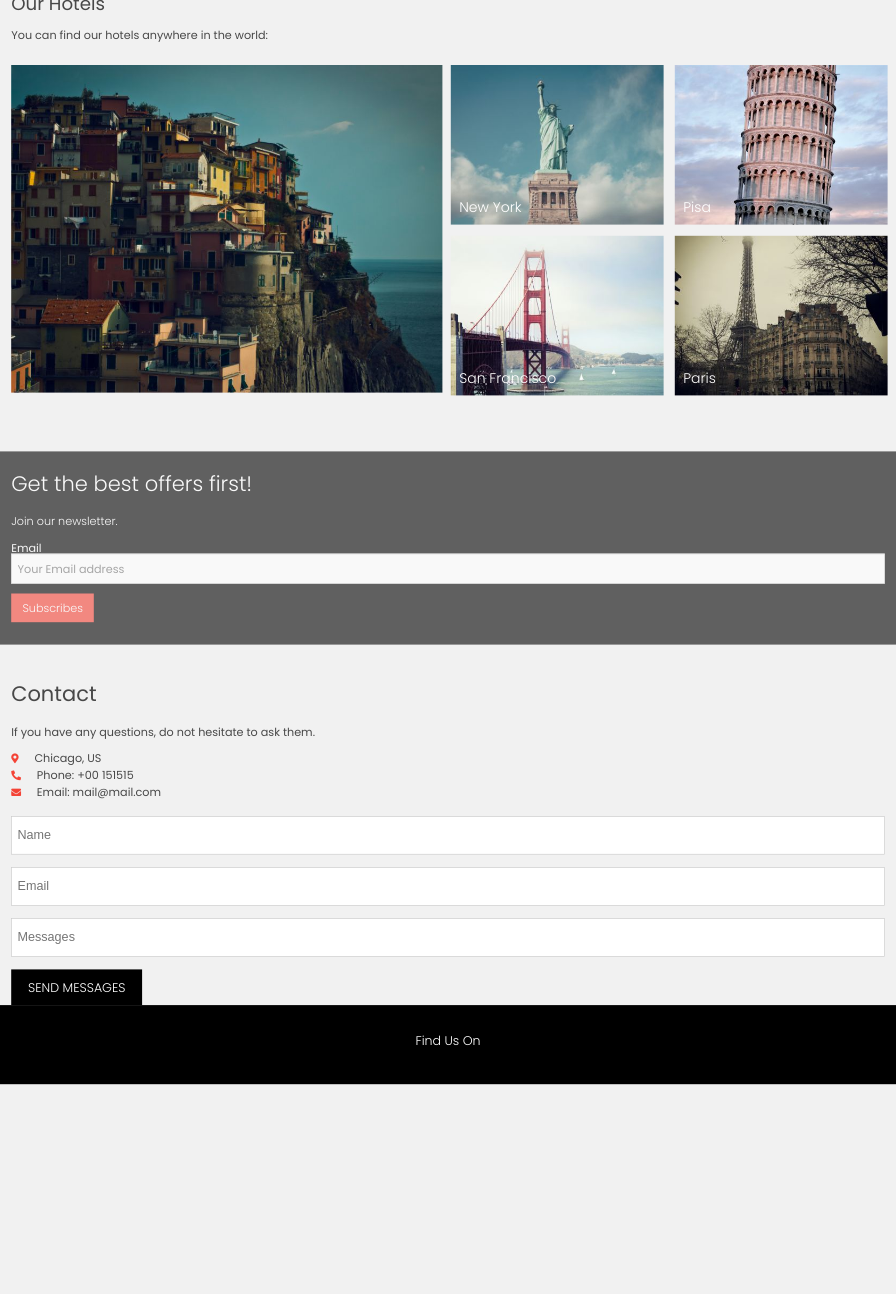
Repository: phamhuuloc/Travel_Template
Page: index.html
An editor plug-in stored every save of this project. The page is shown before and after a run of saves, followed by the edit.
The browser window is 1280 px wide. The pictures show the part of the page from y = 2267 to 4187 px (the page is 4116 px tall before and 4187 px after), at 70% of full size.
The style sheet was rebuilt from its Sass, Less or Tailwind sources for each picture, by a compiler version that may differ from the author's.

Above is the page before, as saved 2021-09-18 20:29:43.

### index.html
<!DOCTYPE html>
<html lang="en">
  <head>
    <meta charset="UTF-8" />
    <meta http-equiv="X-UA-Compatible" content="IE=edge" />
    <meta name="viewport" content="width=device-width, initial-scale=1.0" />
    <title>Document</title>
    <!-- FONT AWESOME -->
    <link
      rel="stylesheet"
      href="https://cdnjs.cloudflare.com/ajax/libs/font-awesome/5.15.4/css/all.min.css"
      integrity="sha512-1ycn6IcaQQ40/MKBW2W4Rhis/DbILU74C1vSrLJxCq57o941Ym01SwNsOMqvEBFlcgUa6xLiPY/NS5R+E6ztJQ=="
      crossorigin="anonymous"
      referrerpolicy="no-referrer"
    />
    <!-- GOOGLE FONT -->
    <link
      href="https://fonts.googleapis.com/css2?family=Poppins:wght@50;300;400&display=swap"
      rel="stylesheet"
    />
    <!-- CSS -->
    <link rel="stylesheet" href="./assets/resets.css" />
    <link rel="stylesheet" href="./assets/grid.css" />
    <link rel="stylesheet" href="./assets/main.css" />
  </head>
  <body>
    <div class="grids">
      <header class="header">
        <div class="logo">
          <i class="fas fa-bed logo__icon"></i>
          Logo
        </div>
        <div class="header__menu">
          <ul class="header__menu-list">
            <li class="header__menu-item">Rooms</li>
            <li class="header__menu-item">About</li>
            <li class="header__menu-item">Contact</li>
          </ul>
          <button class="btn book-btn">Book Nows</button>
        </div>
      </header>
      <section class="intro">
        <img src="./assets/img/hotel.jpg" alt="" class="intro__img" />
        <form class="form-login">
          <div class="form-login__heading">
            <i class="fas fa-bed logo__icon intro-icon"></i>
            <h2 class="form-login__name">Hotel name</h2>
          </div>
          <div class="form-container">
            <div class="row">
              <div class="form__item col l-6">
                <label class="form__item-category">
                  <i class="far fa-calendar form__item-icon"></i>
                  Check Ins
                </label>
                <input
                  type="text"
                  class="form__item-input"
                  placeholder="DD MM YY"
                />
              </div>
              <div class="form__item col l-6">
                <label class="form__item-category">
                  <i class="far fa-calendar form__item-icon"></i>
                  Check Out
                </label>
                <input
                  type="text"
                  class="form__item-input"
                  placeholder="DD MM YY"
                />
              </div>
            </div>
            <div class="row">
              <div class="form__item col l-6">
                <label class="form__item-category">
                  <i class="fas fa-male form__item-icon"></i>
                  Adults
                </label>
                <input
                  type="number"
                  value="1"
                  min="1"
                  max="6"
                  class="form__item-input"
                />
              </div>
              <div class="form__item col l-6">
                <label class="form__item-category">
                  <i class="fas fa-child form__item-icon"></i>
                  Kids
                </label>
                <input
                  type="number"
                  value="0"
                  min="0"
                  max="6"
                  class="form__item-input"
                />
              </div>
            </div>
            <button class="search-btn">
              <i class="fas fa-search search-icon"></i>Search availability
            </button>
          </div>
        </form>
      </section>

      <section class="option-room">
        <div class="option-container">
          <h3 class="option-container__title">Rooms</h3>
          <span class="option-container__desc"
            >Make yourself at home is our slogan. We offer the best beds in the
            industry. Sleep well and rest well.</span
          >
          <!-- FORM LOGIN  -->
          <div class="form-container option-container__form">
            <div class="row">
              <div class="form__item col l-3">
                <label class="form__item-category">
                  <i class="far fa-calendar form__item-icon"></i>
                  Check Ins
                </label>
                <input
                  type="text"
                  class="form__item-input"
                  placeholder="DD MM YY"
                />
              </div>
              <div class="form__item col l-3">
                <label class="form__item-category">
                  <i class="far fa-calendar form__item-icon"></i>
                  Check Out
                </label>
                <input
                  type="text"
                  class="form__item-input"
                  placeholder="DD MM YY"
                />
              </div>
              <div class="form__item col l-2">
                <label class="form__item-category">
                  <i class="fas fa-male form__item-icon"></i>
                  Adults
                </label>
                <input
                  type="number"
                  value="1"
                  min="1"
                  max="6"
                  class="form__item-input"
                />
              </div>
              <div class="form__item col l-2">
                <label class="form__item-category">
                  <i class="fas fa-child form__item-icon"></i>
                  Kids
                </label>
                <input
                  type="number"
                  value="0"
                  min="0"
                  max="6"
                  class="form__item-input"
                />
              </div>
              <!-- BUTTON F0RM LOGIN -->
              <div class="form__item col l-2">
                <label class="form__item-category">
                  <i class="fas fa-search"></i> Search</label
                >
                <button class="search-btn search-btn--full">Search</button>
              </div>
            </div>
          </div>
          <div class="category-room">
            <ul class="category-room__list row">
              <li class="category-room__item col l-4">
                <img
                  src="./assets/img/room_single.jpg"
                  alt=""
                  class="category-room__img"
                />
                <div class="category-room__details">
                  <h3 class="category-room__title">Single Room</h3>
                  <span class="category-room__price">From $99</span>
                  <span class="category-room__charac">Single bed</span>
                  <span class="category-room__area">15m<sup>2</sup></span>
                  <span class="category-room__function">
                    <i class="fas fa-phone-alt"></i>
                    <i class="fas fa-wifi"></i>
                    <i class="fas fa-tv"></i>
                    <i class="fas fa-bath"></i>
                  </span>
                  <button class="btn btn-choose">Choose Room</button>
                </div>
              </li>
              <li class="category-room__item col l-4">
                <img
                  src="./assets/img/room_double.jpg"
                  alt=""
                  class="category-room__img"
                />
                <div class="category-room__details">
                  <h3 class="category-room__title">Double Room</h3>
                  <span class="category-room__price">From $99</span>
                  <span class="category-room__charac">Single bed</span>
                  <span class="category-room__area">25m<sup>2</sup></span>
                  <span class="category-room__function">
                    <i class="fas fa-phone-alt"></i>
                    <i class="fas fa-wifi"></i>
                    <i class="fas fa-tv"></i>
                    <i class="fas fa-bath"></i>
                  </span>
                  <button class="btn btn-choose">Choose Room</button>
                </div>
              </li>
              <li class="category-room__item col l-4">
                <img
                  src="./assets/img/room_deluxe.jpg"
                  alt=""
                  class="category-room__img"
                />
                <div class="category-room__details">
                  <h3 class="category-room__title">Deluxe Room</h3>
                  <span class="category-room__price">From $99</span>
                  <span class="category-room__charac">Single bed</span>
                  <span class="category-room__area">40m<sup>2</sup></span>
                  <span class="category-room__function">
                    <i class="fas fa-phone-alt"></i>
                    <i class="fas fa-wifi"></i>
                    <i class="fas fa-tv"></i>
                    <i class="fas fa-bath"></i>
                  </span>
                  <button class="btn btn-choose">Choose Room</button>
                </div>
              </li>
            </ul>
          </div>
        </div>
      </section>
      <section class="local">
        <div class="row">
          <div class="local__container col l-4">
            <h4 class="local__title">About</h4>
            <p class="local__detail">
              Our hotel is one of a kind. It is truely amazing. Lorem ipsum
              dolor sit amet, consectetur adipiscing elit, sed do eiusmod tempor
              incididunt ut labore et dolore magna aliqua. Ut enim ad minim
              veniam, quis nostrud exercitation ullamco laboris nisi ut aliquip
              ex ea commodo consequat. Duis aute irure dolor in reprehenderit in
              voluptate velit esse cillum dolore eu fugiat nulla pariatur.
              Excepteur sint occaecat cupidatat non proident, sunt in culpa qui
              officia deserunt mollit anim id est laborum consectetur adipiscing
              elit, sed do eiusmod tempor incididunt ut labore et dolore magna
              aliqua. Ut enim ad minim veniam.
            </p>
            <p class="local__payment-methods">
              We accept:
              <i class="fab fa-cc-paypal local__payment-icon"></i>
              <i class="fab fa-cc-amex local__payment-icon"></i>
            </p>
          </div>
          <img src="./assets/img/map.jpg" alt="" class="col l-8 local__img" />
        </div>
        <div class="local__contact row">
          <div class="local__contact-item col l-4">
            <i class="fas fa-map-marker-alt local__contact-icon"></i>
            423 Some adr, Chicago, US
          </div>
          <div class="local__contact-item col l-4">
            <i class="fas fa-phone-alt local__contact-icon"></i>
            Phone: +00 151515
          </div>
          <div class="local__contact-item col l-4">
            <i class="fas fa-envelope local__contact-icon"></i>
            Email: mail@mail.com
          </div>
        </div>
      </section>
      <div class="demand">
        <i class="fas fa-exclamation demand__icon"></i>
        <p class="demand__desc">
          On demand, we can offer playstation, babycall, children care, dog
          equipment, etc.
        </p>
      </div>
      <section class="our-hotels">
        <h3 class="our-hotels__title">Our Hotels</h3>
        <p class="our-hotels__desc">
          You can find our hotels anywhere in the world:
        </p>
        <div class="row sm-gutter">
          <div class="col l-6">
            <img
              src="./assets/img/cinqueterre.jpg"
              alt=""
              class="our-hotel__img"
            />
          </div>
          <div class="col l-6">
            <div class="our-hotel__extend">
              <div class="row our-hotels__extend-item">
                <div class="our-hotels__container col l-6">
                  <img src="./assets/img/newyork2.jpg" alt="" class="" />
                  <span class="our-hotels__container-name">New York</span>
                </div>
                <div class="our-hotels__container col l-6">
                  <img src="./assets/img/pisa.jpg" alt="" class="" />
                  <span class="our-hotels__container-name">Pisa</span>
                </div>
              </div>
              <div class="row our-hotels__extend-item">
                <div class="our-hotels__container col l-6">
                  <img src="./assets/img/sanfran.jpg" alt="" class="" />
                  <span class="our-hotels__container-name">San Francisco</span>
                </div>
                <div class="our-hotels__container col l-6">
                  <img src="./assets/img/paris.jpg" alt="" class="" />
                  <span class="our-hotels__container-name">Paris</span>
                </div>
              </div>
            </div>
          </div>
        </div>
      </section>
      <section class="offers">
        <h3 class="offers__title">Get the best offers first!</h3>
        <p class="offers__desc">Join our newsletter.</p>
        <label for="" class="offers__email">Email</label>
        <input
          type="text"
          class="offers__input"
          placeholder="Your Email address"
        />
        <button type="button" class="btn btn-subs">Subscribes</button>
      </section>
      <section class="contact">
        <h3 class="contact__title">Contact</h3>
        <p class="contact__desc">
          If you have any questions, do not hesitate to ask them.
        </p>
        <i class="fas fa-map-marker-alt contact__icon"></i>
        <span class="contact__content"> Chicago, US</span>
        <br />
        <i class="fas fa-phone-alt contact__icon"></i>
        <span class="contact__content"> Phone: +00 151515</span>
        <br />
        <i class="fas fa-envelope contact__icon"></i>
        <span class="contact__content"> Email: mail@mail.com</span>
        <form action="" class="contact__form">
          <p>
            <input type="text" class="contact__form-input" placeholder="Name" />
          </p>
          <p>
            <input
              type="text"
              class="contact__form-input"
              placeholder="Email"
            />
          </p>
          <p>
            <input
              type="text"
              class="contact__form-input"
              placeholder="Messages"
            />
          </p>
          <button class="btn send-btn">SEND MESSAGES</button>
        </form>
      </section>
    </div>
    <footer class="footer">
      <h5 class="footer__title">Find Us On</h5>
      <div class="footer__list-icon">
        <i class="fab fa-facebook-square footer__icon"></i>
        <i class="fab fa-instagram footer__icon"></i>
        <i class="fab fa-snapchat footer__icon"></i>
        <i class="fab fa-pinterest-p footer__icon"></i>
        <i class="fab fa-twitter footer__icon"></i>
        <i class="fab fa-linkedin-in footer__icon"></i>
      </div>
    </footer>
  </body>
</html>

### assets/main.scss
$primary-color: #f44336;
$secondary-color: #0000;
$text-color: #484848;
$hover-color: #ccc;

@mixin flex($align: center, $justify: space-between) {
  display: flex;
  align-items: $align;
  justify-content: $justify;
}
* {
  box-sizing: border-box;
}
html {
  font-size: 62.5%;
}
body {
  background-color: #f1f1f1;
  font-family: "Poppins", sans-serif;
  margin-bottom: 30rem;
}
ul {
  list-style: none;
}
img {
  display: block;
  width: 100%;
}
a {
  text-decoration: none;
}
sup {
  font-size: 75%;
  position: relative;
  line-height: 0;
  top: -0.5em;
  vertical-align: baseline;
}
.btn {
  display: inline-block;
  font-family: "Poppins", sans-serif;
  @include flex(center, center);
  height: inherit;
  outline: none;
  cursor: pointer;
  border: 0;
}
.btn:hover {
  background-color: $hover-color;
  color: #000;
}

//HEADER
.header {
  display: flex;
  align-items: center;
  height: 4.4rem;
  background-color: white;
  font-size: 2rem;

  .logo {
    background-color: $primary-color;
    height: 100%;
    cursor: pointer;
    color: white;
    @include flex();
    padding: 1.4rem 1.8rem;

    &__icon {
      margin-right: 2rem;
    }
  }
  .logo:hover {
    background-color: $hover-color;
    color: $text-color;
  }
  &__menu {
    display: flex;
    @include flex();
    height: 100%;
    width: 100%;
    &-list {
      @include flex();
      height: 100%;
    }
    &-item {
      @include flex();
      padding: 0 2rem;
      height: 100%;
      cursor: pointer;
      color: $text-color;
      &:hover {
        background-color: #ccc;
      }
    }
  }
  .book-btn {
    background-color: #f1f1f1;
    padding: 1.4rem 1.6rem;
    color: $text-color;
    font-size: 2rem;
  }
  .book-btn:hover {
    background-color: #ccc;
    cursor: pointer;
  }
}
// SECTION INTRO
.intro {
  position: relative;
  margin-bottom: 3.8rem;
  &-icon {
    padding: 0 1.8rem;
  }
  .form-login {
    width: 64.4rem;
    position: absolute;
    top: 50%;
    left: 2rem;
    background-color: #fff;
    transform: translateY(-50%);

    &__heading {
      display: flex;
      align-items: center;

      width: 100%;
      height: 6.4rem;
      background-color: $primary-color;
      color: white;
      font-size: 3rem;
    }
  }
}
.form-container {
  padding: 1.6rem;
  .search-btn {
    font-family: "Poppins", sans-serif;
    padding: 1rem 1.6rem;
    margin-top: 8px;
    border: 0;

    outline: none;
    cursor: pointer;

    background-color: #616161;
    font-size: 1.5rem;
    color: white;
  }
  .search-btn--full {
    width: 100%;
    margin: 0;
    background-color: #000;
    color: white;
    padding: 6px 0;
  }
  .search-btn:hover {
    background-color: #ccc;
    color: $text-color;
  }
  .search-icon {
    padding-right: 2rem;
  }
}
.form__item {
  display: flex;
  flex-direction: column;
  margin-bottom: 1.6rem;
  &-category {
    font-size: 1.6rem;
    margin-bottom: 4px;
    color: $text-color;
  }
  &-input {
    padding: 1rem;
    border: 1px solid #dedede;
  }
}
.option-container {
  padding: 1.6rem;
  margin-bottom: 2rem;
  &__title {
    font-size: 2.2rem;
    margin-bottom: 3rem;
    color: $text-color;
  }
  &__desc {
    display: block;
    font-size: 1.6rem;
    margin-bottom: 2rem;
    color: $text-color;
  }
  &__form {
    padding: 1.6rem 0;
  }
}
.category-room {
  &__details {
    padding: 1.8rem;
    display: flex;
    flex-direction: column;
    background-color: white;
  }
  &__title {
    font-size: 2.6rem;
    margin-bottom: 2rem;
    color: #484848;
  }
  &__price {
    font-size: 1.6rem;
    color: #999;
    margin-bottom: 2rem;
  }
  &__charac {
    font-size: 1.4rem;
    margin-bottom: 2rem;
  }
  &__area {
    font-size: 1.6rem;
    margin-bottom: 2.8rem;
  }
  &__function {
    font-size: 1.4rem;
    margin-bottom: 2rem;
  }
  .btn-choose {
    padding: 1.2rem 0;
    background-color: #000;
    color: white;
    font-size: 1.4rem;
  }
  .btn-choose:hover {
    background-color: $hover-color;
    color: $text-color;
  }
}
.local {
  padding: 0 1.6rem;
  &__title {
    font-size: 2.6rem;
    margin-top: 2.2rem;
    margin-bottom: 2rem;
    color: $text-color;
  }
  &__detail {
    font-size: 1.6rem;
    line-height: 1.6;
    margin-bottom: 2.4rem;
    color: $text-color;
  }
  &__payment-methods {
    font-size: 1.6rem;
    color: $text-color;
  }
  &__payment-icon {
    font-size: 1.8rem;
    margin: 0 2px;
  }
  &__img {
    filter: grayscale(75%);
  }
  &__contact {
    padding: 3.8rem 0;
    &-icon {
      color: $primary-color;
      font-size: 1.6rem;
    }
    &-item {
      text-align: center;
      font-size: 1.6rem;
      color: $text-color;
    }
  }
}
.demand {
  padding: 4.2rem 0 4.2rem 2rem;
  background-color: $primary-color;
  border-left: 8px solid #ccc;
  @include flex(center, none);
  margin-bottom: 3.2rem;
  &__icon {
    color: white;
    font-size: 1.8rem;
    padding: 8px 15px;
    background-color: #ff5722;
    margin-right: 2.2rem;
  }
  &__desc {
    font-size: 1.8rem;
    color: white;
    font-weight: 350;
  }
}
.our-hotels {
  padding: 0 1.6rem;
  margin-bottom: 6.4rem;
  &__title {
    font-size: 2.6rem;
    color: $text-color;
    margin-bottom: 2.5rem;
  }
  &__desc {
    display: block;
    margin-bottom: 3.4rem;
    color: $text-color;
    font-size: 1.6rem;
  }
  &__extend {
    &-item {
      margin-bottom: 16px;
    }
  }
  &__container {
    position: relative;
    &-name {
      position: absolute;
      left: 0;
      bottom: 0;

      padding: 1.5rem 2rem;
      font-size: 2rem;
      font-weight: 350;
      color: white;
    }
  }
}
.offers {
  background-color: #000;
  padding: 3.2rem 1.6rem;
  opacity: 0.6;
  &:hover {
    opacity: 1;
  }
  &__title {
    color: white;
    font-size: 3rem;
    font-weight: 350;
    margin-bottom: 3rem;
  }
  &__desc {
    color: white;
    font-size: 1.6rem;
    font-weight: 350;
    margin-bottom: 2.2rem;
  }
  &__email {
    color: white;
    font-size: 1.6rem;
  }
  &__input {
    font-family: "Poppins", sans-serif;
    border: 1px solid #ccc;
    display: block;
    width: 100%;
    padding: 8px;
    font-size: 1.6rem;
    margin-bottom: 1.4rem;
  }
  .btn-subs {
    background-color: $primary-color;
    padding: 0.8rem 1.6rem;
    color: white;
    font-size: 1.6rem;
    font-weight: 350;
  }
  .btn-subs:hover {
    background-color: $hover-color;
    color: $text-color;
  }
}
.contact {
  margin-top: 5.5rem;
  padding: 0 1.6rem;
  &__title {
    font-size: 3rem;
    color: $text-color;
    margin-bottom: 3.2rem;
  }
  &__desc {
    font-size: 1.6rem;
    color: $text-color;
    margin-bottom: 2.2rem;
  }
  &__icon {
    color: $primary-color;
    font-size: 1.4rem;
    margin-right: 2rem;
    margin-bottom: 9px;
  }
  &__content {
    font-size: 1.6rem;
    color: $text-color;
  }
  &__form {
    display: block;
    margin-top: 1.8rem;
    &-input {
      padding: 1.6rem 0.8rem;
      border: 1px solid #ccc;
      width: 100%;
      font-size: 1.8rem;
      font-weight: 350;
      color: $text-color;
      margin-bottom: 1.8rem;
    }
  }
  .send-btn {
    background-color: #000;
    color: white;
    font-size: 1.8rem;
    font-weight: 350;
    text-transform: uppercase;
    padding: 1.2rem 2.4rem;
  }
}
.footer {
  padding: 3.2rem 0;
  background-color: #000;
  &__title {
    color: white;
    font-size: 1.8rem;
    font-weight: 350;
    text-align: center;
    margin: 1rem 0;
  }
}

Loaded but not shown: assets/resets.css (common file); assets/grid.css (430 lines, source omitted)

After the next 2 saves:
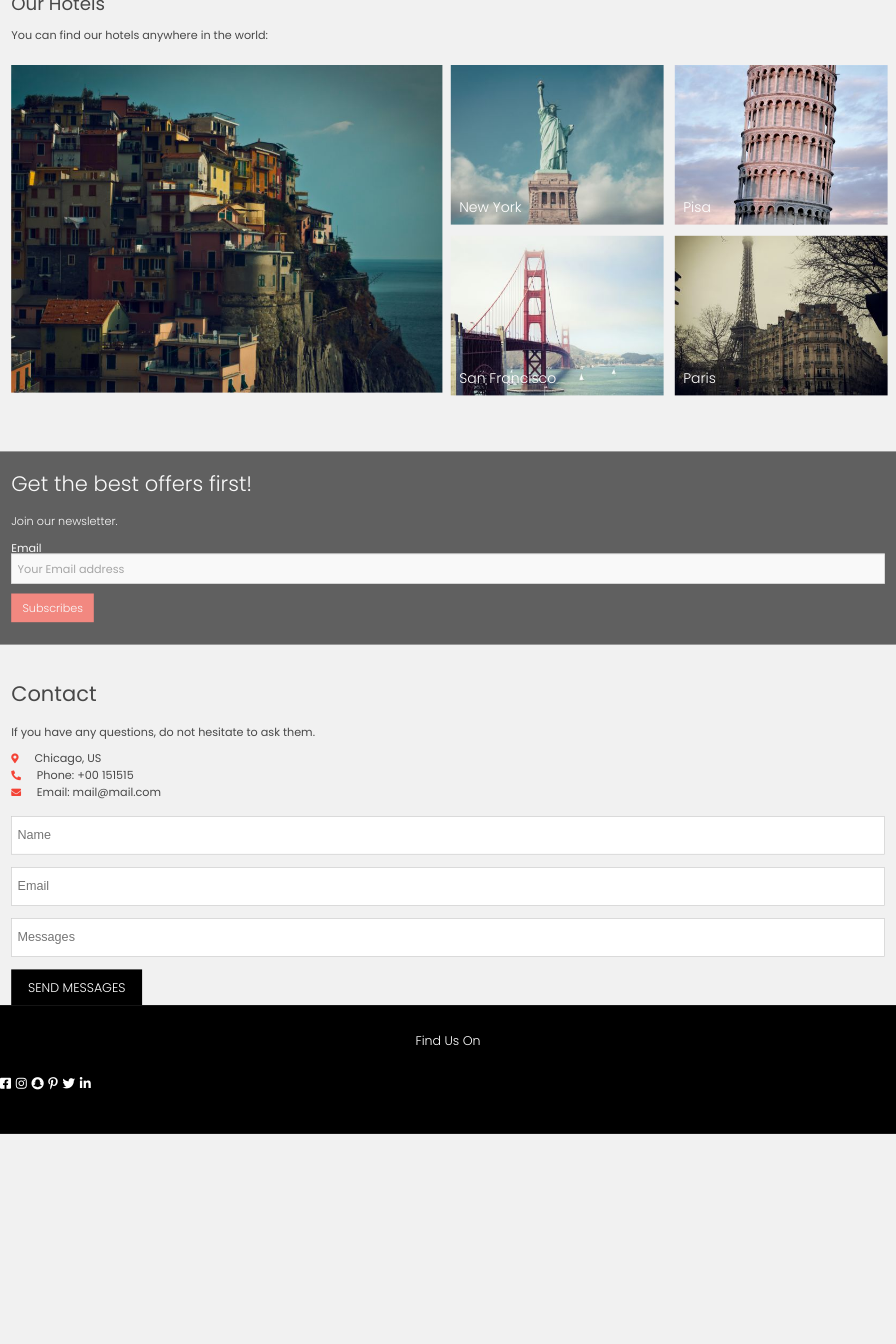
The 2 saves are shown as one change because 1 did not build or start.
The last was saved 83 s later.
--- a/assets/main.scss
+++ b/assets/main.scss
@@ -423,4 +423,15 @@ sup {
     text-align: center;
     margin: 1rem 0;
   }
-}
+  &__list-icon {
+    padding: 3.2rem 0;
+  }
+  &__icon {
+    color: white;
+    font-size: 1.8rem;
+    margin-right: 4px;
+    &:hover {
+      color: #ccc;
+    }
+  }
+}
